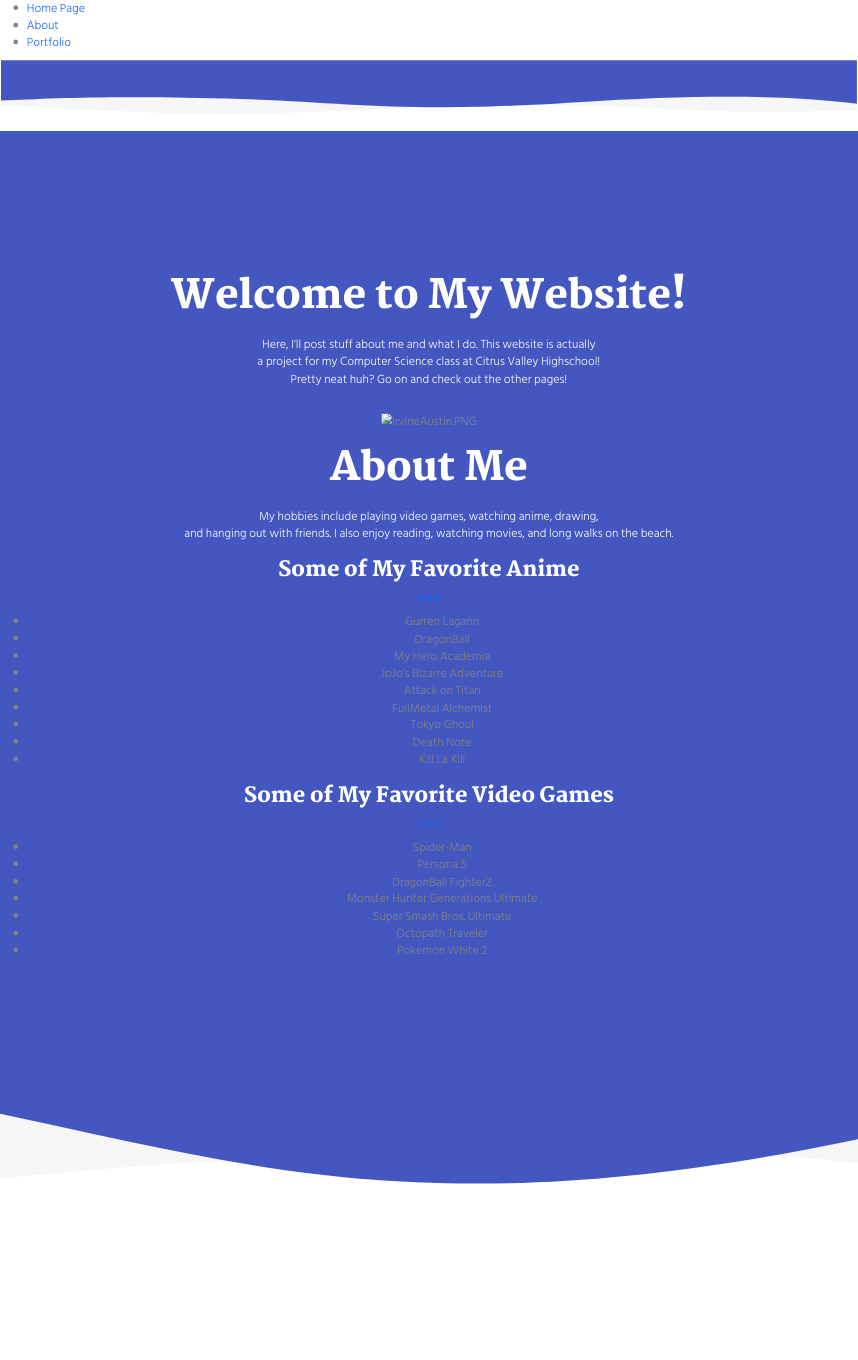
Repository: AustinIrvine02/CharlesX.github.io
Page: index.html
The author's editor kept a record of every edit. The page is drawn from the files as they stood at one moment, then again after the next edit.
The browser window is 1280 px wide. The pictures show the whole page, at 67% of full size.

Above is the page before.

After the next edit:
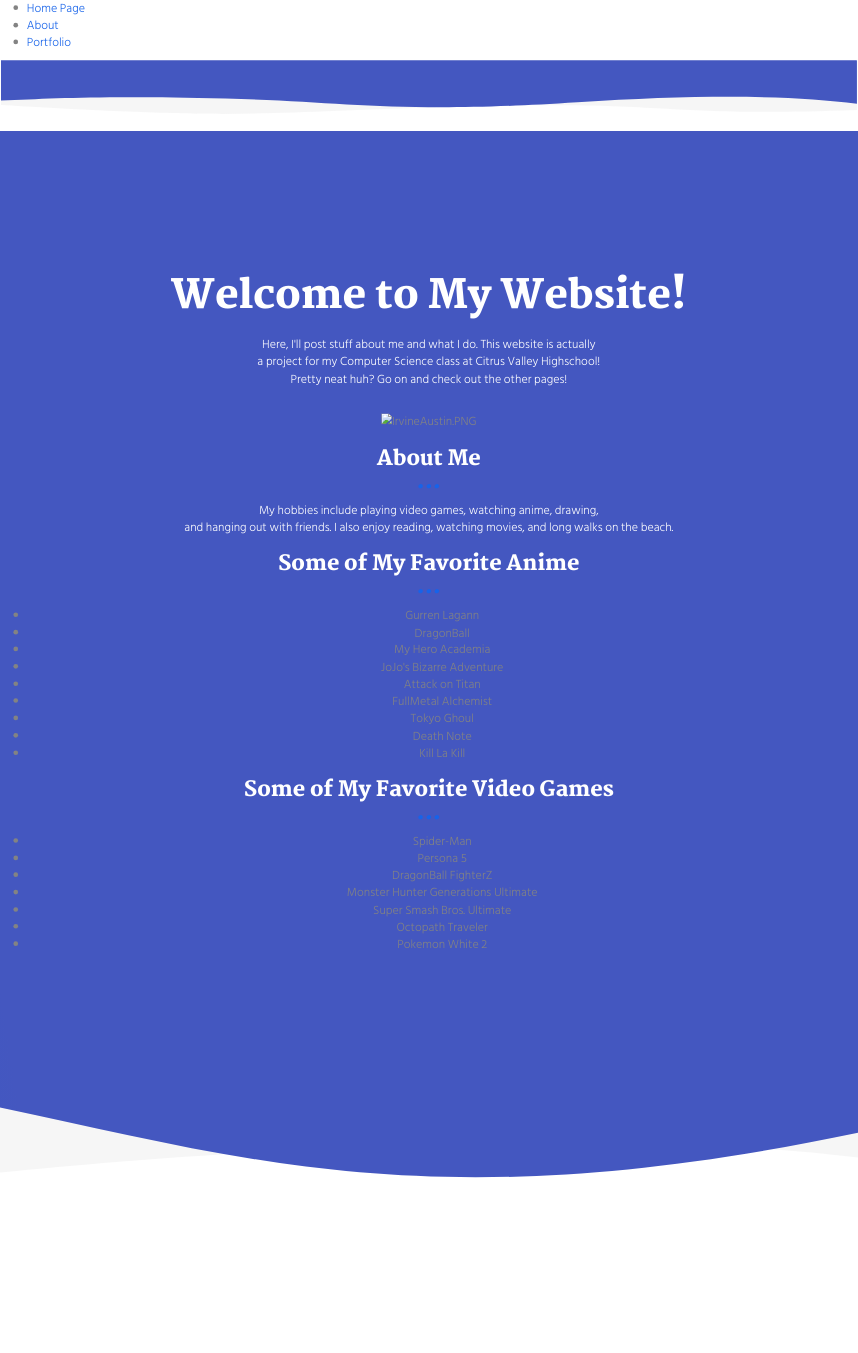
The edit:
--- a/index.html
+++ b/index.html
@@ -67,7 +67,7 @@
     </div>
   </div>
 
-  <h1> About Me </h1>
+  <h2> About Me </h2>
   <p> <p> My hobbies include playing video games, watching anime, drawing, <br>
     and hanging out with friends. I also enjoy reading, watching movies, and long walks on the beach. </p> </p>
 
